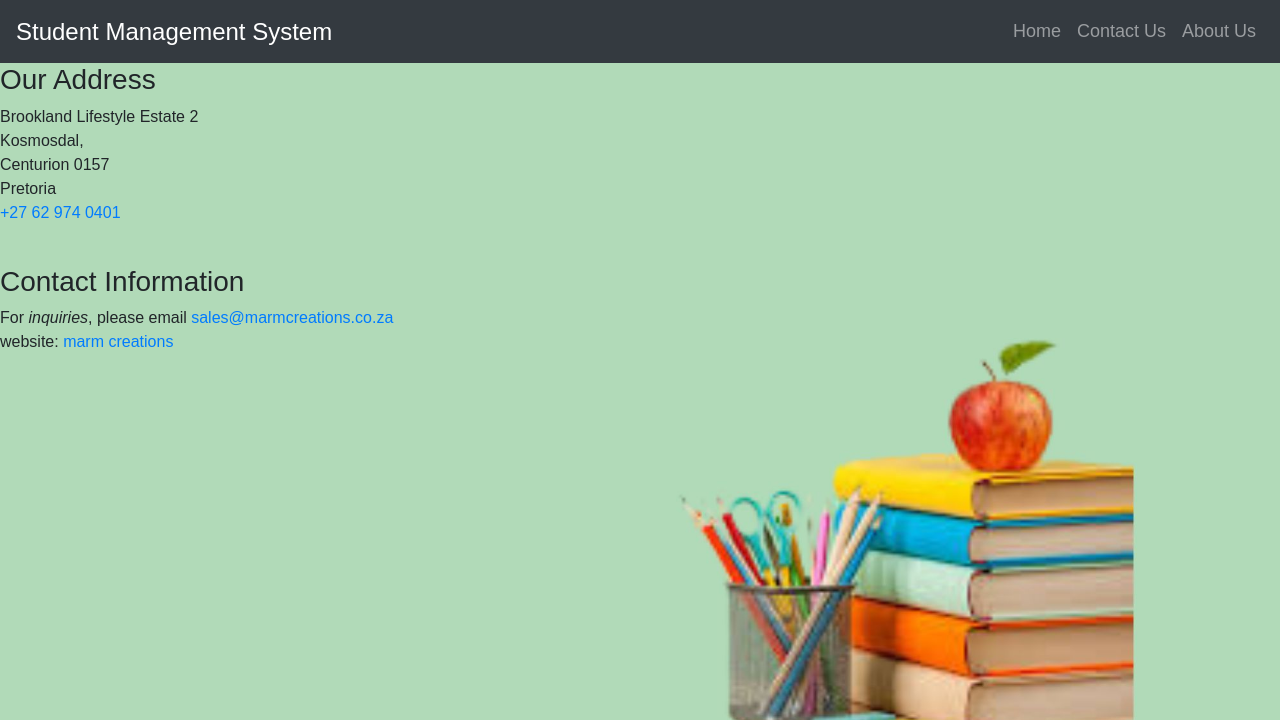
Repository: marthamutsvandiani/student_management_system
Page: http://localhost/contact_us
The author's editor kept a copy of each file at every save. The page is drawn from the files as they stood at one save, then again after the next save.
The browser window is 1280 px wide. The pictures show the whole page.
The page is this project's Thymeleaf template; nobody is signed in. The template is opened directly, without the code that normally fills it, so the values that code supplies are empty.

Above is the page before, as saved 2024-11-02 18:05:38.

After the next save:
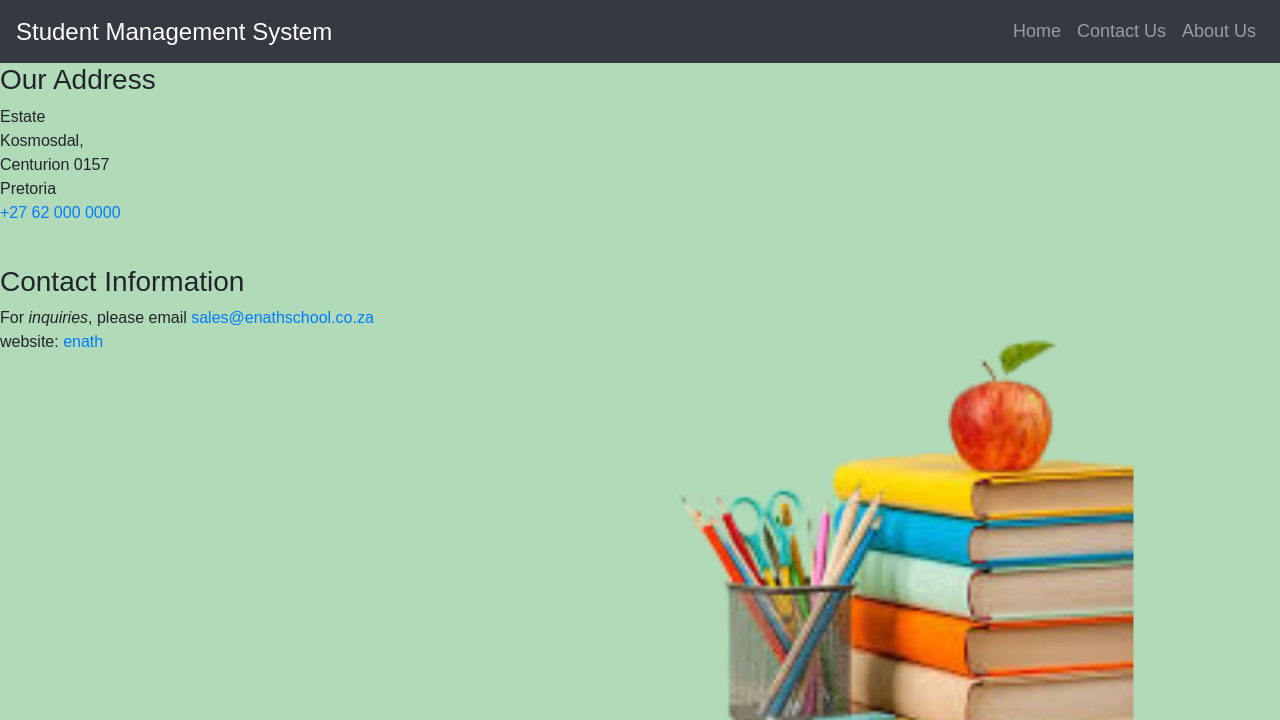
Saved 2 min 39 s later.
--- a/studentmanagementsystem/src/main/resources/templates/contact_us.html
+++ b/studentmanagementsystem/src/main/resources/templates/contact_us.html
@@ -52,19 +52,19 @@
 
 	<h3>Our Address</h3>
 	        <address>
-	            Brookland Lifestyle Estate 2 <br>
+	             Estate  <br>
 	            Kosmosdal,<br>
 	            Centurion 0157 <br>
 	            Pretoria<br>
-	            <i class="fas fa-phone"></i> <a href="tel:+27629740401">+27 62 974 0401</a><br>
+	            <i class="fas fa-phone"></i> <a href="tel:+27629740401">+27 62 000 0000</a><br>
 
 	            </a>
 	        </address><br>
 
 	        <h3>Contact Information</h3>
 	        <p>
-	            For <em>inquiries</em>, please email <a href="mailto:sales@marmcreations.co.za">sales@marmcreations.co.za</a> <br>
-	            website: <a href="https://www.marmcreations.co.za/" target="_blank">marm creations</a>
+	            For <em>inquiries</em>, please email <a href="mailto:sales@marmcreations.co.za">sales@enathschool.co.za</a> <br>
+	            website: <a href="https://www.marmcreations.co.za/" target="_blank">enath</a>
 	        </p>
 
 </body>
